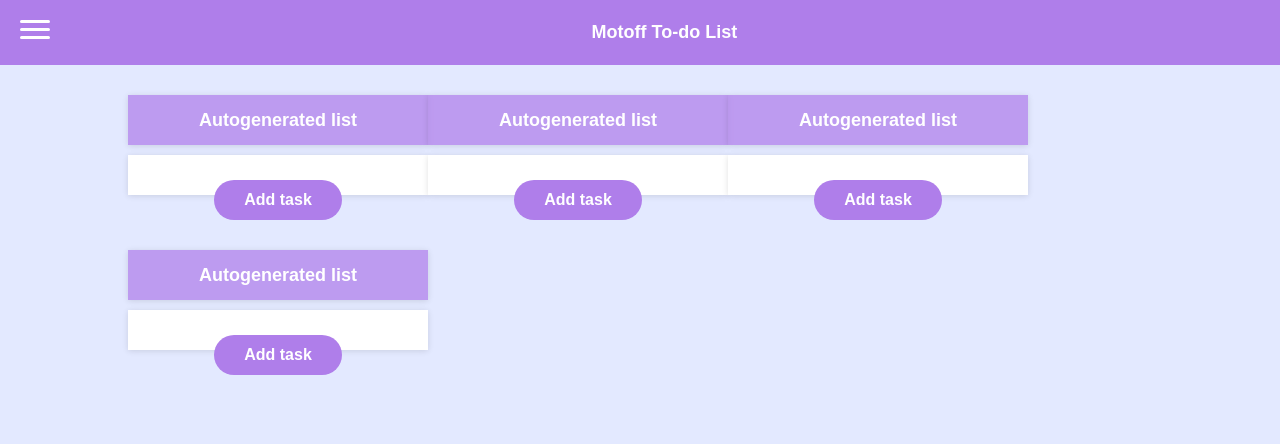
Repository: Amad-Mlinka/Todo-List-Vanilla-JS
Page: index.html
The author's editor kept a copy of each file at every save. The page is drawn from the files as they stood at one save, then again after the next save.
The browser window is 1280 px wide. The pictures show the whole page.
The page's requests for data from a server got no answer.

Above is the page before, as saved 2021-09-15 01:58:29.

After the next save:
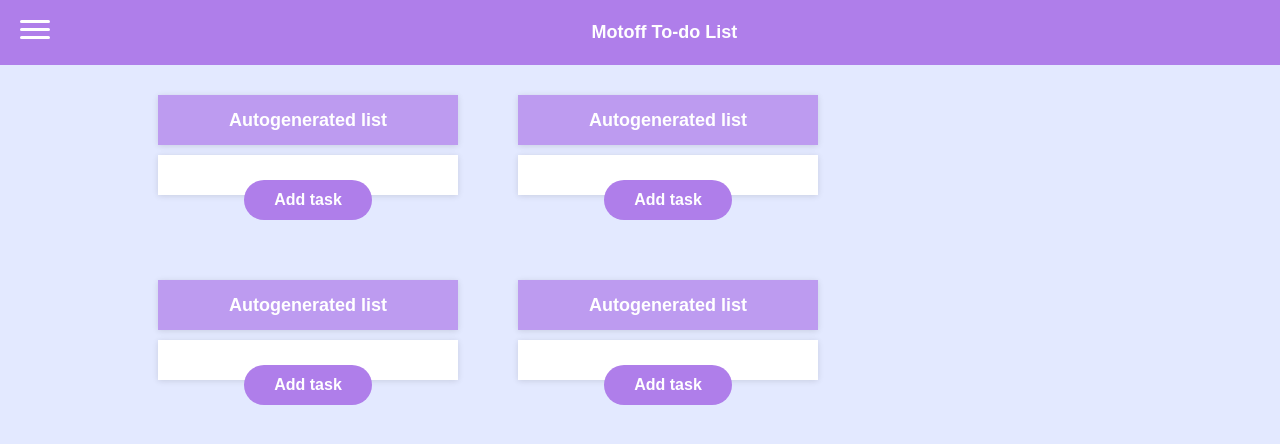
Saved 25 s later.
--- a/styles/style.css
+++ b/styles/style.css
@@ -23,7 +23,8 @@ body {
   display: flex;
   flex-direction: column;
   width: 300px;
-  margin-top: 30px;
+  margin: 30px;
+
 }
 .todoHeader {
   width: 100%;
